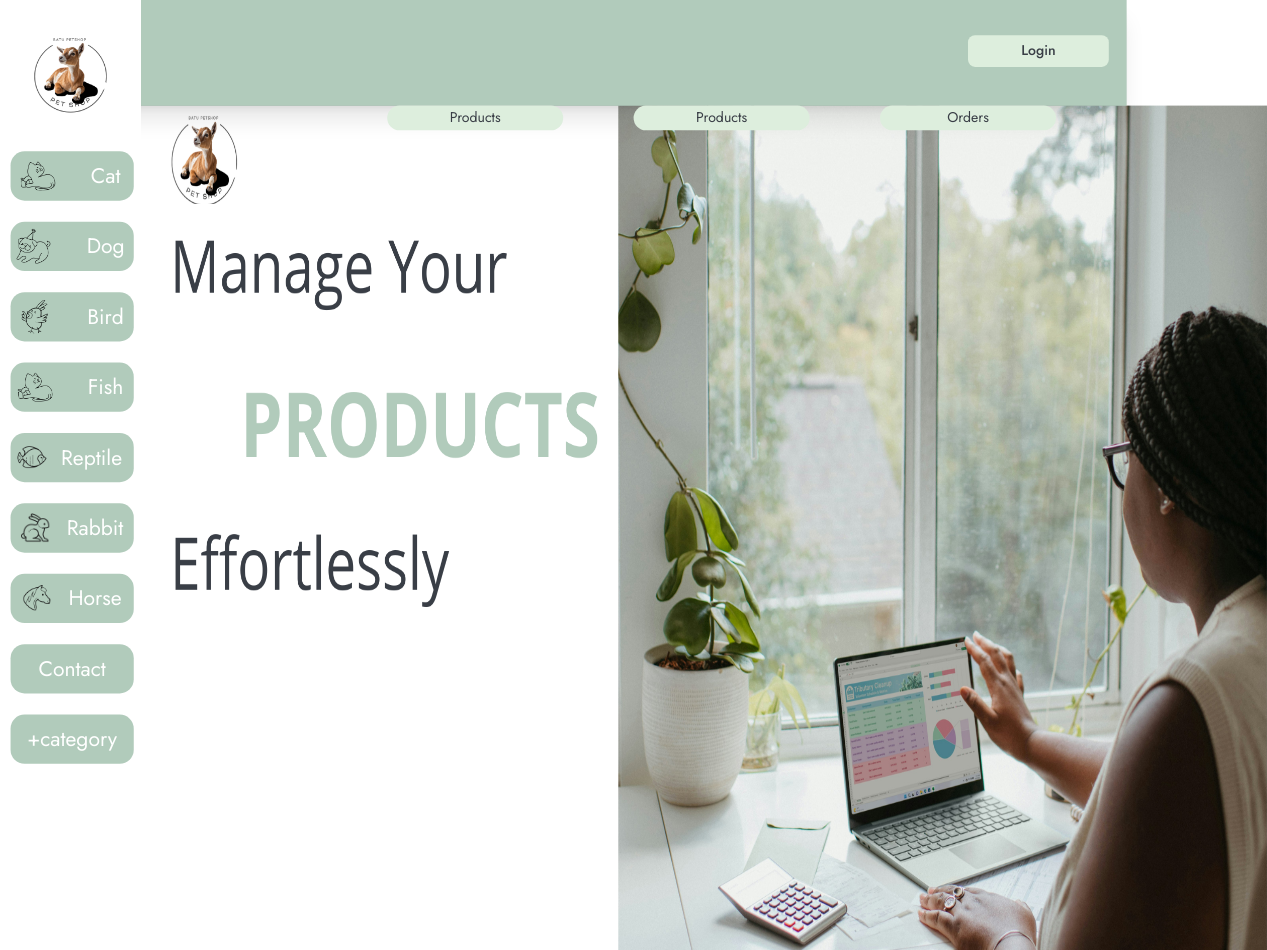
Repository: batu-call/batu-petshop
Page: /main (app in petshopp-appAdmin/admin/)
An editor plug-in stored every save of this project. The page is shown before and after the next save, followed by the edit.
The browser window is 1280 px wide. The page is 1440 px wide, so the pictures cover 1440 px, including what lies to the right of the window. The pictures show the whole page, at 88% of full size.
The project was rebuilt for these pictures with package versions that can differ from the ones it lists, and the page was loaded fresh each time. The framework's server and built-in components were replaced by stand-ins that run in the browser. Also part of the build but not shown: petshopp-appAdmin/admin/next.config.ts.

Above is the page before, as saved 2025-09-21 01:45:45.

### petshopp-appAdmin/admin/src/app/layout.tsx
import type { Metadata } from "next";
import { Jost } from 'next/font/google';
import "./globals.css";

const jost = Jost({
  subsets: ['latin'],
  weight: ['400', '500', '700'],
});


export const metadata: Metadata = {
  title: "Batu Petshop AdminPanel",
  description: "Generated by create next app",
   icons: {
    icon: '/favicon.ico',
  },
};

export default function RootLayout({
  children,
}: Readonly<{
  children: React.ReactNode;
}>) {
  return (
    <html lang="en">
      <body
        className={`antialiased ${jost.className}`}
      >
        {children}
      </body>
    </html>
  );
}

### petshopp-appAdmin/admin/src/app/main/layout.tsx
import Main from "./controller/Main"

export default function MainLayout({ children }: { children: React.ReactNode }) {
  return <Main>{children}</Main>
}

### petshopp-appAdmin/admin/src/app/main/page.tsx
import React from 'react'
import Main from './controller/Main'


const page = () => {
  return (
    <div>
        <Main />
    </div>
  )
}

export default page

### petshopp-appAdmin/admin/src/app/globals.css
@import "tailwindcss";
@import "tw-animate-css";

@custom-variant dark (&:is(.dark *));

@layer utilities {
  .bg-primary {
    background-color: #B1CBBB;
  }
  .bg-secondary {
    background-color: #DDEEDD;
  }
  .bg-secondary_20 {
    background-color: rgba(221, 238, 221, 0.2);
  }
  .text-jost {
    font-family: 'Jost',sans-serif;
  }
  .text-color {
    color: #393E46;
  }
  .text-color2 {
    color: #B1CBBB;
  }
}

body {
  font-family: 'Jost', Arial, Helvetica, sans-serif
}

@theme inline {
  --radius-sm: calc(var(--radius) - 4px);
  --radius-md: calc(var(--radius) - 2px);
  --radius-lg: var(--radius);
  --radius-xl: calc(var(--radius) + 4px);
  --color-background: var(--background);
  --color-foreground: var(--foreground);
  --color-card: var(--card);
  --color-card-foreground: var(--card-foreground);
  --color-popover: var(--popover);
  --color-popover-foreground: var(--popover-foreground);
  --color-primary: var(--primary);
  --color-primary-foreground: var(--primary-foreground);
  --color-secondary: var(--secondary);
  --color-secondary-foreground: var(--secondary-foreground);
  --color-muted: var(--muted);
  --color-muted-foreground: var(--muted-foreground);
  --color-accent: var(--accent);
  --color-accent-foreground: var(--accent-foreground);
  --color-destructive: var(--destructive);
  --color-border: var(--border);
  --color-input: var(--input);
  --color-ring: var(--ring);
  --color-chart-1: var(--chart-1);
  --color-chart-2: var(--chart-2);
  --color-chart-3: var(--chart-3);
  --color-chart-4: var(--chart-4);
  --color-chart-5: var(--chart-5);
  --color-sidebar: var(--sidebar);
  --color-sidebar-foreground: var(--sidebar-foreground);
  --color-sidebar-primary: var(--sidebar-primary);
  --color-sidebar-primary-foreground: var(--sidebar-primary-foreground);
  --color-sidebar-accent: var(--sidebar-accent);
  --color-sidebar-accent-foreground: var(--sidebar-accent-foreground);
  --color-sidebar-border: var(--sidebar-border);
  --color-sidebar-ring: var(--sidebar-ring);
}

:root {
  --radius: 0.625rem;
  --background: oklch(1 0 0);
  --foreground: oklch(0.145 0 0);
  --card: oklch(1 0 0);
  --card-foreground: oklch(0.145 0 0);
  --popover: oklch(1 0 0);
  --popover-foreground: oklch(0.145 0 0);
  --primary: oklch(0.205 0 0);
  --primary-foreground: oklch(0.985 0 0);
  --secondary: oklch(0.97 0 0);
  --secondary-foreground: oklch(0.205 0 0);
  --muted: oklch(0.97 0 0);
  --muted-foreground: oklch(0.556 0 0);
  --accent: oklch(0.97 0 0);
  --accent-foreground: oklch(0.205 0 0);
  --destructive: oklch(0.577 0.245 27.325);
  --border: oklch(0.922 0 0);
  --input: oklch(0.922 0 0);
  --ring: oklch(0.708 0 0);
  --chart-1: oklch(0.646 0.222 41.116);
  --chart-2: oklch(0.6 0.118 184.704);
  --chart-3: oklch(0.398 0.07 227.392);
  --chart-4: oklch(0.828 0.189 84.429);
  --chart-5: oklch(0.769 0.188 70.08);
  --sidebar: oklch(0.985 0 0);
  --sidebar-foreground: oklch(0.145 0 0);
  --sidebar-primary: oklch(0.205 0 0);
  --sidebar-primary-foreground: oklch(0.985 0 0);
  --sidebar-accent: oklch(0.97 0 0);
  --sidebar-accent-foreground: oklch(0.205 0 0);
  --sidebar-border: oklch(0.922 0 0);
  --sidebar-ring: oklch(0.708 0 0);
}

.dark {
  --background: oklch(0.145 0 0);
  --foreground: oklch(0.985 0 0);
  --card: oklch(0.205 0 0);
  --card-foreground: oklch(0.985 0 0);
  --popover: oklch(0.205 0 0);
  --popover-foreground: oklch(0.985 0 0);
  --primary: oklch(0.922 0 0);
  --primary-foreground: oklch(0.205 0 0);
  --secondary: oklch(0.269 0 0);
  --secondary-foreground: oklch(0.985 0 0);
  --muted: oklch(0.269 0 0);
  --muted-foreground: oklch(0.708 0 0);
  --accent: oklch(0.269 0 0);
  --accent-foreground: oklch(0.985 0 0);
  --destructive: oklch(0.704 0.191 22.216);
  --border: oklch(1 0 0 / 10%);
  --input: oklch(1 0 0 / 15%);
  --ring: oklch(0.556 0 0);
  --chart-1: oklch(0.488 0.243 264.376);
  --chart-2: oklch(0.696 0.17 162.48);
  --chart-3: oklch(0.769 0.188 70.08);
  --chart-4: oklch(0.627 0.265 303.9);
  --chart-5: oklch(0.645 0.246 16.439);
  --sidebar: oklch(0.205 0 0);
  --sidebar-foreground: oklch(0.985 0 0);
  --sidebar-primary: oklch(0.488 0.243 264.376);
  --sidebar-primary-foreground: oklch(0.985 0 0);
  --sidebar-accent: oklch(0.269 0 0);
  --sidebar-accent-foreground: oklch(0.985 0 0);
  --sidebar-border: oklch(1 0 0 / 10%);
  --sidebar-ring: oklch(0.556 0 0);
}

@layer base {
  * {
    @apply border-border outline-ring/50;
  }
  body {
    @apply bg-background text-foreground;
  }
}

### petshopp-appAdmin/admin/src/app/main/controller/Main.tsx
import React from 'react'
import Navbar from '../../Navbar/page'
import Sidebar from '../../Sidebar/page'
import Image from 'next/image'

//1743
const Main = () => {
  return (
    <div className='w-full h-screen bg-primary'>
      {/* Navbar */}
      <Navbar />
      {/* Catgeory */}
      <Sidebar />
      <Image src={"/admin-banner2.png"} alt='admin-banner' width={1743} height={700} className='ml-40 h-240'/>
    </div>
  )
}

export default Main

### petshopp-appAdmin/admin/src/app/Navbar/page.tsx
"use client"
import React, { useState } from 'react'
import Link from 'next/link'
import Image from 'next/image'
import { Button } from "@/components/ui/button"





const Page = () => {

  const [open, setOpen] = useState(false)

  return (
    <div>
      <div className='w-full h-30 bg-primary shadow-xl relative'>
        {/* Image */}
        <Link href={"/main"}>
      <div className='fixed'>
        <Image  src={"/logo.png"} alt='main-icon' width={500} height={500} className='flex justify-center items-center w-40 h-40'/>
      </div>
      </Link>
      {/* Image */}

      {/* Button */}
      <div className='absolute top-10 right-45'>
        <Button className='absolute cursor-pointer bg-secondary text-color w-40 text-base hover:bg-secondary'>Login</Button>
      </div>

      </div>
      <div className='flex gap-20 items-center justify-center absolute right-20'>
      {/* Buton + dropdown*/}
     <div
      className="relative inline-block"
      onMouseEnter={() => setOpen(true)}
      onMouseLeave={() => setOpen(false)}
    >
      {/* Buton */}
      <div className="w-50 h-7 rounded-xl bg-secondary flex items-center justify-center cursor-pointer">
        <h3 className="text-color text-jost">Products</h3>
      </div>

      {/* Dropdown */}
      {open && (
        <div className="absolute left-0 mt-1 w-50 bg-white shadow-lg rounded-xl z-10">
          <ul className="flex flex-col">
            <Link href="/AddProduct">
              <li>
                <a className="block px-4 py-2 hover:bg-gray-200 border-b-2 border-secondary">
                  Add Product
                </a>
              </li>
            </Link>
              <li>
                <a className="block px-4 py-2 hover:bg-gray-200 border-b-2 border-secondary">
                  All Products
                </a>
              </li>
              <li>
                <a className="block px-4 py-2 hover:bg-gray-200">Product Stats</a>
              </li>
          </ul>
        </div>
      )}
    </div>

           <div className="relative inline-block">
      {/* Buton + dropdown*/}
      <div className="group relative">
        <div className="w-50 h-7 rounded-xl bg-secondary flex items-center justify-center cursor-pointer">
          <h3 className="text-color text-jost">Products</h3>
        </div>

        {/* Dropdown */}
        <div className="absolute left-0 hidden group-hover:block mt-1 w-50 bg-white shadow-lg rounded-xl z-10">
          <ul className="flex flex-col">
            <Link href={"/AddProduct"}>
            <li>
                <a className="block px-4 py-2 hover:bg-gray-200 border-secondary border-b-2">Add Product</a>
            </li>
            </Link>
            <li>

                <a className="block px-4 py-2 hover:bg-gray-200 border-secondary border-b-2">All Products</a>

            </li>
            <li>

                <a className="block px-4 py-2 hover:bg-gray-200">Product Stats</a>

            </li>
          </ul>
        </div>
      </div>
    </div>

           <div className="relative inline-block">
      {/* Buton + dropdown*/}
      <div className="group relative">
        <div className="w-50 h-7 rounded-xl bg-secondary flex items-center justify-center cursor-pointer">
          <h3 className="text-color text-jost">Orders</h3>
        </div>

        {/* Dropdown */}
        <div className="absolute left-0 hidden group-hover:block mt-1 w-50 bg-white shadow-lg rounded-xl z-10">
          <ul className="flex flex-col">
            <li>
                <a className="block px-4 py-2 hover:bg-gray-200 border-secondary border-b-2">All Orders</a>

            </li>
            <li>

                <a className="block px-4 py-2 hover:bg-gray-200 border-secondary border-b-2">Processing Orders</a>

            </li>
            <li>

                <a className="block px-4 py-2 hover:bg-gray-200">Completed Orders</a>

            </li>
             <li>

                <a className="block px-4 py-2 hover:bg-gray-200">Order Stats</a>

            </li>
          </ul>
        </div>
      </div>
    </div>
      </div>
    </div>
  )
}

export default Page

### petshopp-appAdmin/admin/src/app/Sidebar/page.tsx
import React from 'react'
import Link from 'next/link'
import Image from 'next/image'

const page = () => {
  return (
    <div>
        <div className='w-40 h-screen bg-white fixed mt-7'>
        {/* Cat */}
        <Link href={"/Cat"}>
      <div className='bg-primary inline-block p-2 items-center mt-6 ml-3 rounded-2xl w-35'>
        <div className='flex gap-9 items-center justify-center'>
       <Image src="/cat_7721779.png" alt='cat-image'
       height={40}
       width={40}
       />
       <h2 className='text-2xl text-jost text-white p-1'>Cat</h2>
      </div>
      </div>
      </Link>
      {/* Dog */}
         <Link href={"/Dog"}>
       <div className='bg-primary inline-block p-2 items-center mt-6 ml-3 rounded-2xl w-35'>
        <div className='flex gap-9 items-center justify-center'>
       <Image src="/dog.png" alt='cat-image'
       height={40}
       width={40}
       />
       <h2 className='text-2xl text-jost text-white p-1'>Dog</h2>
      </div>
      </div>
      </Link>
      {/* BİRD */}
         <Link href={"/Bird"}>
       <div className='bg-primary inline-block p-2 items-center mt-6 ml-3 rounded-2xl w-35'>
        <div className='flex gap-9 items-center justify-center'>
       <Image src="/bird.png" alt='cat-image'
       height={40}
       width={40}
       />
       <h2 className='text-2xl text-jost text-white p-1'>Bird</h2>
      </div>
      </div>
      </Link>
      {/* FİSH */}
         <Link href={"/Fish"}>
       <div className='bg-primary inline-block p-2 items-center mt-6 ml-3 rounded-2xl w-35'>
        <div className='flex gap-9 items-center justify-center'>
       <Image src="/cat_7721779.png" alt='cat-image'
       height={40}
       width={40}
       />
       <h2 className='text-2xl text-jost text-white p-1'>Fish</h2>
      </div>
      </div>
      </Link>
      {/* Reptile */}
         <Link href={"/Reptile"}>
       <div className='bg-primary inline-block p-2 items-center mt-6 ml-3 rounded-2xl w-35'>
        <div className='flex gap-3 items-center justify-center'>
       <Image src="/fish.png" alt='cat-image'
       height={40}
       width={40}
       />
       <h2 className='text-2xl text-jost text-white mr-2'>Reptile</h2>
      </div>
      </div>
      </Link>
      {/* Rabbit */}
         <Link href={"/Rabbit"}>
       <div className='bg-primary inline-block p-2 items-center mt-6 ml-3 rounded-2xl w-35'>
        <div className='flex gap-3 items-center justify-center'>
       <Image src="/rabbit2.png" alt='cat-image'
       height={40}
       width={40}
       />
       <h2 className='text-2xl text-jost text-white p-1'>Rabbit</h2>
      </div>
      </div>
      </Link>
      {/* Horse */}
         <Link href={"/Horse"}>
       <div className='bg-primary inline-block p-2 items-center mt-6 ml-3 rounded-2xl w-35'>
        <div className='flex gap-3 items-center justify-center'>
       <Image src="/horse.png" alt='cat-image'
       height={40}
       width={40}
       />
       <h2 className='text-2xl text-jost text-white p-1'>Horse</h2>
      </div>
      </div>
      </Link>
      {/* Contact */}
         <Link href={"/Contact"}>
       <div className='bg-primary inline-block p-2 items-center mt-6 ml-3 rounded-2xl w-35'>
        <div className='flex gap-3 items-center justify-center'>
       <h2 className='text-2xl text-jost text-white p-1'>Contact</h2>
      </div>
      </div>
      </Link>
      {/* +category */}
       <div className='bg-primary inline-block p-2 items-center mt-6 ml-3 rounded-2xl w-35'>
        <div className='flex gap-3 items-center justify-center'>
       <h2 className='text-2xl text-jost text-white p-1'>+category</h2>
      </div>
      </div>
    </div>
    </div>
  )
}

export default page

### petshopp-appAdmin/admin/src/components/ui/button.tsx
import * as React from "react"
import { Slot } from "@radix-ui/react-slot"
import { cva, type VariantProps } from "class-variance-authority"

import { cn } from "@/lib/utils"

const buttonVariants = cva(
  "inline-flex items-center justify-center gap-2 whitespace-nowrap rounded-md text-sm font-medium transition-all disabled:pointer-events-none disabled:opacity-50 [&_svg]:pointer-events-none [&_svg:not([class*='size-'])]:size-4 shrink-0 [&_svg]:shrink-0 outline-none focus-visible:border-ring focus-visible:ring-ring/50 focus-visible:ring-[3px] aria-invalid:ring-destructive/20 dark:aria-invalid:ring-destructive/40 aria-invalid:border-destructive",
  {
    variants: {
      variant: {
        default: "bg-primary text-primary-foreground hover:bg-primary/90",
        destructive:
          "bg-destructive text-white hover:bg-destructive/90 focus-visible:ring-destructive/20 dark:focus-visible:ring-destructive/40 dark:bg-destructive/60",
        outline:
          "border bg-background shadow-xs hover:bg-accent hover:text-accent-foreground dark:bg-input/30 dark:border-input dark:hover:bg-input/50",
        secondary:
          "bg-secondary text-secondary-foreground hover:bg-secondary/80",
        ghost:
          "hover:bg-accent hover:text-accent-foreground dark:hover:bg-accent/50",
        link: "text-primary underline-offset-4 hover:underline",
      },
      size: {
        default: "h-9 px-4 py-2 has-[>svg]:px-3",
        sm: "h-8 rounded-md gap-1.5 px-3 has-[>svg]:px-2.5",
        lg: "h-10 rounded-md px-6 has-[>svg]:px-4",
        icon: "size-9",
      },
    },
    defaultVariants: {
      variant: "default",
      size: "default",
    },
  }
)

function Button({
  className,
  variant,
  size,
  asChild = false,
  ...props
}: React.ComponentProps<"button"> &
  VariantProps<typeof buttonVariants> & {
    asChild?: boolean
  }) {
  const Comp = asChild ? Slot : "button"

  return (
    <Comp
      data-slot="button"
      className={cn(buttonVariants({ variant, size, className }))}
      {...props}
    />
  )
}

export { Button, buttonVariants }

Loaded but not shown: petshopp-appAdmin/admin/src/lib/utils.ts (common file)

After the next save:
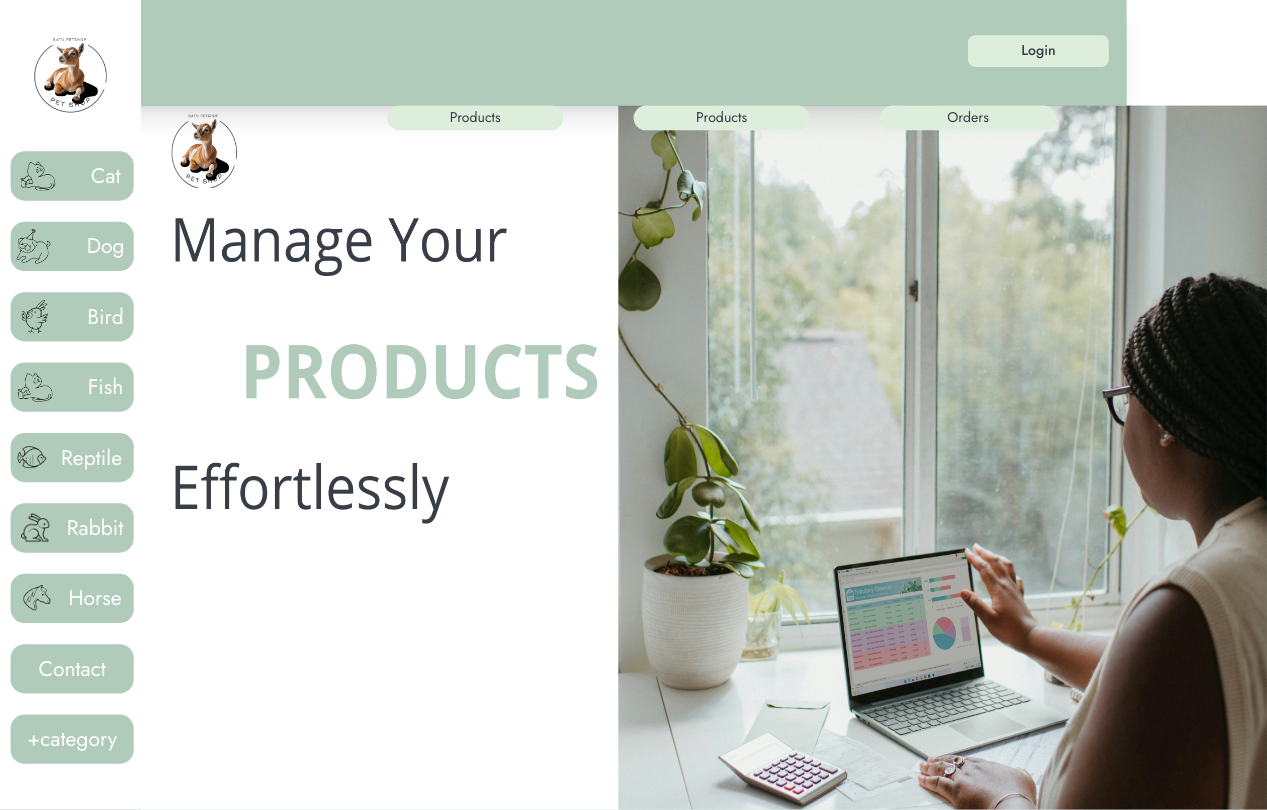
Saved 5 s later.
--- a/petshopp-appAdmin/admin/src/app/main/controller/Main.tsx
+++ b/petshopp-appAdmin/admin/src/app/main/controller/Main.tsx
@@ -11,7 +11,7 @@ const Main = () => {
       <Navbar />
       {/* Catgeory */}
       <Sidebar />
-      <Image src={"/admin-banner2.png"} alt='admin-banner' width={1743} height={700} className='ml-40 h-240'/>
+      <Image src={"/admin-banner2.png"} alt='admin-banner' width={1743} height={700} className='ml-40 h-200'/>
     </div>
   )
 }
